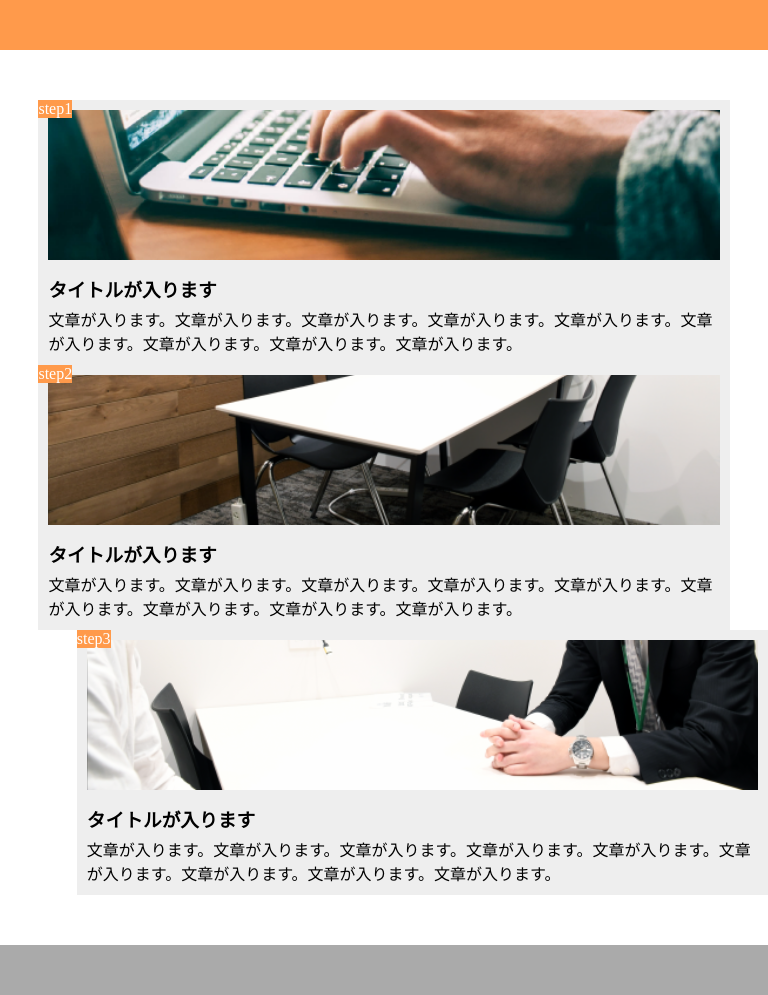
Repository: trmtmy/debug2
Page: chapter9/chapter9.html
The author's editor kept a record of every edit. The page is drawn from the files as they stood at one moment, then again after the next edit.
The browser window is 768 px wide. The pictures show the whole page.
Some web libraries are served in a nearby version.

Above is the page before.

After the next edit:
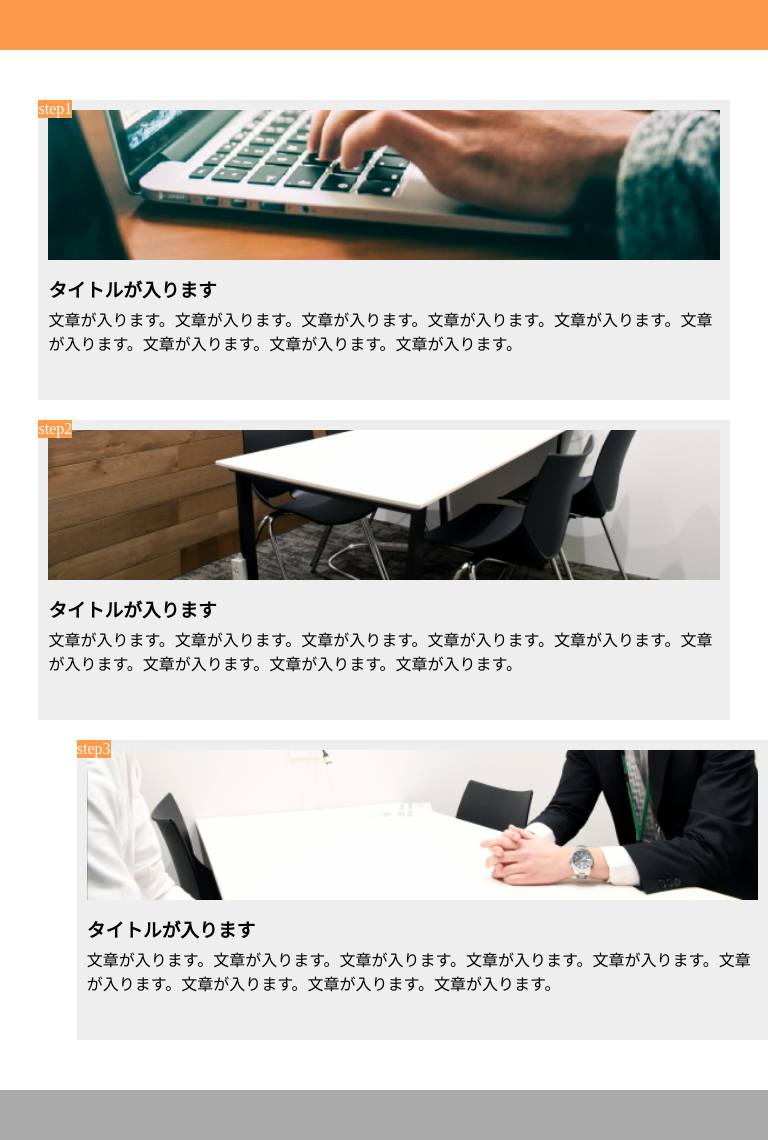
The edit:
--- a/chapter9/chapter9.css
+++ b/chapter9/chapter9.css
@@ -83,8 +83,9 @@
 
   .box {
     width: 90%;
+    height: 300px;
     margin: 0 auto;
-
+    margin-bottom: 20px;
   }
 
   .img1 {
